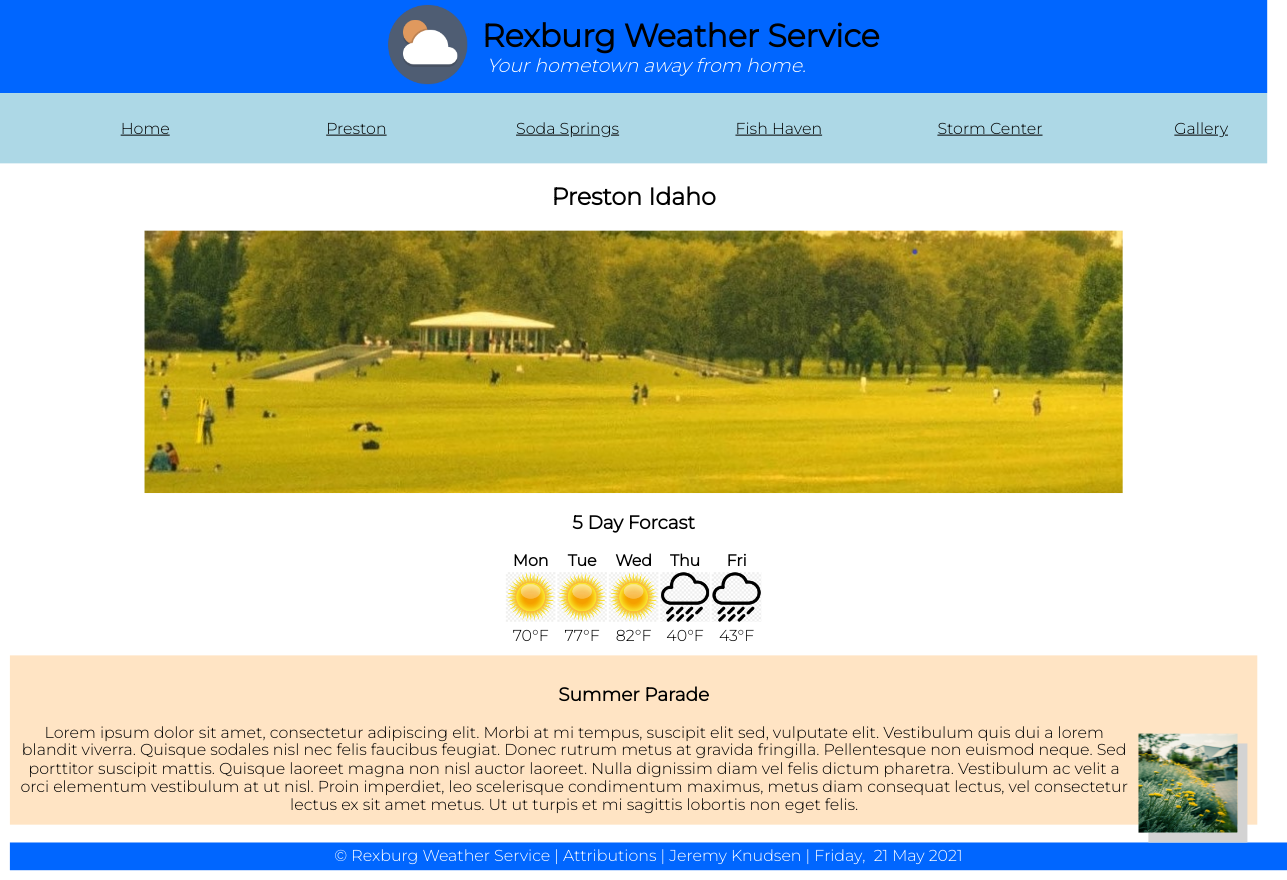
Repository: jknudsen97/jknudsen97.github.io
Page: lesson05/preston-5.html
The author's editor kept a copy of each file at every save. The page is drawn from the files as they stood at one save, then again after the next save.
The browser window is 1280 px wide. The page is 1300 px wide, so the pictures cover 1300 px, including what lies to the right of the window. The pictures show the whole page, at 99% of full size.

Above is the page before, as saved 2021-05-22 03:44:05.

### lesson05/preston-5.html
<!DOCTYPE html>
<html lang="en">
<head>
    <meta charset="UTF-8">
    <meta http-equiv="X-UA-Compatible" content="IE=edge">
    <meta name="viewport" content="width=device-width, initial-scale=1.0">
    <title>Rexburg Weather Service</title>
    <meta name="description" content="This will be the main preston town page"/>
    <link rel="preconnect" href="https://fonts.gstatic.com">
    <link href="https://fonts.googleapis.com/css2?family=Montserrat:wght@100;300&display=swap" rel="stylesheet">
    <link rel="preconnect" href="https://fonts.gstatic.com">
    <link href="https://fonts.googleapis.com/css2?family=Nunito:wght@300&display=swap" rel="stylesheet">
    <script defer src="js/script.js"></script>
    <link rel="stylesheet" href="https://cdnjs.cloudflare.com/ajax/libs/normalize/8.0.1/normalize.min.css">
    <link rel="stylesheet" href="css/main.css"/>
    <link rel="stylesheet" href="css/medium.css"/>
    <link rel="stylesheet" href="css/large.css"/>
</head>
<body>
    <header>
        <picture>
            <img src="images/logo.png" alt="Preston logo">
        </picture>
        <section class="headings">
            <h1>Rexburg Weather Service</h1>
            <div class="motto">Your hometown away from home.</div>
        </section>
    </header>

    <div class="nav">
        <div class="hamburger">
            <span class="bar"></span>
            <span class="bar"></span>
            <span class="bar"></span>
        </div>
        <ul class="menu">
            <li><a href="#home" class="link">Home</a></li>
            <li><a href="#preston" class="link">Preston</a></li>
            <li><a href="#sodaSprings" class="link">Soda Springs</a></li>
            <li><a href="#fishHaven" class="link">Fish Haven</a></li>
            <li><a href="#stormCenter" class="link">Storm Center</a></li>
            <li><a href="#gallery" class="link">Gallery</a></li>
        </ul>
    </div>
    <main>
        <div>
            <h2>Preston Idaho</h2>
                    <img class="stock1" src="images/stock1.jpg" alt="Stock Photo 1">
                    <div class="weather">
                        <h3>5 Day Forcast</h3>
                        <table class="table">
                            <tr class="days">
                                <th>Mon</th>
                                <th>Tue</th>
                                <th>Wed</th>
                                <th>Thu</th>
                                <th>Fri</th>
                            </tr>
                            <tr>
                                <td><img class="sunny" src="images/sunny.png" alt="Sunny Thumbnail"><span>70&#176;F</span></td>
                                <td><img class="sunny" src="images/sunny.png" alt="Sunny Thumbnail"><span>77&#176;F</span></td>
                                <td><img class="sunny" src="images/sunny.png" alt="Sunny Thumbnail"><span>82&#176;F</span></td>
                                <td><img class="rainy" src="images/rainy.png" alt="Sunny Thumbnail"><span>40&#176;F</span></td>
                                <td><img class="rainy" src="images/rainy.png" alt="Sunny Thumbnail"><span>43&#176;F</span></td>
                            </tr>
                        </table>
                    </div>
                    <div class="background">
                    <h3>Summer Parade</h3>
                    <img class="stock2" src="images/stock2.jpg" alt="Stock Photo 2">
                <div class="fillerText">
                    Lorem ipsum dolor sit amet, consectetur adipiscing elit.
                    Morbi at mi tempus,
                    suscipit elit sed,
                    vulputate elit. Vestibulum quis dui a lorem blandit viverra.
                    Quisque sodales nisl nec felis faucibus feugiat.
                    Donec rutrum metus at gravida fringilla.
                    Pellentesque non euismod neque.
                    Sed porttitor suscipit mattis.
                    Quisque laoreet magna non nisl auctor laoreet.
                    Nulla dignissim diam vel felis dictum pharetra.
                    Vestibulum ac velit a orci elementum vestibulum at ut nisl.
                    Proin imperdiet, leo scelerisque condimentum maximus,
                    metus diam consequat lectus,
                    vel consectetur lectus ex sit amet metus.
                    Ut ut turpis et mi sagittis lobortis non eget felis.
                </div>
            </div>
        </div>
    </main>
    <footer>
        <div>&copy; Rexburg Weather Service | Attributions | Jeremy Knudsen |&nbsp;</div>
        <div class="current">
            <span id="currentDayofWeek"></span>, &nbsp;
            <span id="currentDay"></span> &nbsp; <span id="currentMonth"></span> &nbsp;
            <span id="currentYear"></span>
        </div>
    </footer>
</body>
</html>

### lesson05/css/main.css
header {
    background-color: #0066ff;
    padding: 5px;
    display: flex;
    align-items: center;
    justify-content: center;
}

header img{
    width: 50px;
    height: auto;
}

body{
    font-family: 'Montserrat', sans-serif;
}

main{
    text-align: center;
}

p{
    justify-content: center;
    background-color: beige;
    padding: 25px;
    margin: 20px;
}

.headings {
    display: flex;
    flex-direction: column;
}

.headings h1{
    font-size: 1em;
    margin: 0 0 0 15px;
}

.motto{
    font-style: italic;
    color: white;
    margin-left: 20px;
    font-size: 1.2rem;
}

.nav{
    overflow: hidden;
    background-color: lightblue;
    position: relative;
}

.menu{
    overflow: hidden;
    display: none;
}

.menu li{
    list-style: none;
    text-decoration: none;
    flex: 1;
    text-align: center;
    justify-content: center;
    box-sizing: border-box;
    line-height: 1.5rem;
}

.menu a{
    color: black;
    justify-content: space-between;
    text-align: center;
    list-style-type: none;
    flex-direction: row;
    align-items: center;
    display: block;
}

.menu.active{
    display: block;
    padding-inline-start: 0px;
}

a.link{
    padding: 7.5px;
}

.nav a.icon{
    background: black;
    display: block;
    position: absolute;
    right: 0;
    top: 0;
}

.hamburger{
    display: none;
}

.bar{
    display: block;
    width: 25px;
    height: 3px;
    margin: 5px auto;
    -webkit-transition: all 0.3s ease-in-out;
    transition: all 0.3s ease-in-out;
    background-color: black;
}

footer {
    margin: 10 px;
    color: white;
    background-color: #0066ff;
    padding: 5px;
    display: flex;
    align-items: center;
    justify-content: center;
    flex-direction: column;
}

.hamburger{
    display: block;
    cursor: pointer;
}

.hamburger.active .bar:nth-child(2) {
    opacity: 0;
}

.hamburger.active .bar:nth-child(1) {
    transform: translateY(8px) rotate(45deg);
}

.hamburger.active .bar:nth-child(3) {
    transform: translateY(-8px) rotate(-45deg);
}

.headings h1{
    font-size: 3rem;
}

.header img{
    width: 120px;
    height: auto;
}

/*Lesson05*/

.stock1{
    display: block;
    align-items: center;
    margin-left: auto;
    margin-right: auto;
    max-width: 95%;
    height: auto;
}

.stock2{
    box-shadow: 10px 10px lightgray;
    margin: 10px;
    float: right;
    width: 100px;
    height: 100px;
}

.fillertext{
    padding: 15px;
    margin: 10px;
    text-align: justify;
}

.background{
    justify-content: center;
    display: block;
    background-color: bisque;
    padding: 10px;
    margin: 10px;
}

.weather{
    display: none;
}

### lesson05/css/medium.css
@media only screen and (min-width: 32.5em){
    .menu{
        display: flex;
    }

    header img{
        width: 80px;
        height: auto;
    }

    .headings h1{
        font-size: 2rem;
    }

    .hamburger{
        display: none;
    }

    footer{
        margin: 10px;
        flex-direction: row;
        width: 100%;
    }

    /*Lesson05*/

    .stock1{
        height: 10%;
    }

    .weather{
        display: contents;
    }

    .table{
        border-collapse: collapse;
        margin-left: auto;
        margin-right: auto;
    }

    th, td{
        border: 1px black;
    }

    .sunny{
        width: 50px;
        height: 50px;
    }

    .rainy{
        width: 50px;
        height: 50px;
    }

    span{
        display: block;
    }

    .current{
        display: flex;
        flex-direction: row;
    }

}

### lesson05/css/large.css
@media only screen and (min-width: 60em){
    .menu{
        display: flex;
        top: 5rem;
        border-radius: 10px;
        justify-content: space-between;
        width: 100%;
        transition: 0.3s;
    }
}

### lesson05/js/script.js
const hamburger = document.querySelector(".hamburger");
const menu = document.querySelector(".menu");
hamburger.addEventListener("click", mobileMenu);

function mobileMenu() {
    hamburger.classList.toggle("active");
    menu.classList.toggle("active");
}

const link = document.querySelectorAll(".link");
link.forEach(n => n.addEventListener("click", closeMenu));

function closeMenu(){
    hamburger.classList.remove("active");
    menu.classList.remove("active");
}

var d = new Date();
var weekday = new Array(7);
weekday[0] = "Sunday";
weekday[1] = "Monday";
weekday[2] = "Tuesday";
weekday[3] = "Wednesday";
weekday[4] = "Thursday";
weekday[5] = "Friday";
weekday[6] = "Saturday";

var n = weekday[d.getDay()];
document.querySelector("#currentDayofWeek").innerHTML = n;

var n = d.getDate();
document.querySelector("#currentDay").innerHTML = n;

var month = new Array();
month[0] = "January";
month[1] = "February";
month[2] = "March";
month[3] = "April";
month[4] = "May";
month[5] = "June";
month[6] = "July";
month[7] = "August";
month[8] = "September";
month[9] = "October";
month[10] = "November";
month[11] = "December";

var n = month[d.getMonth()];
document.querySelector("#currentMonth").innerHTML = n;

var n = d.getFullYear();
document.querySelector("#currentYear").innerHTML = n;

After the next save:
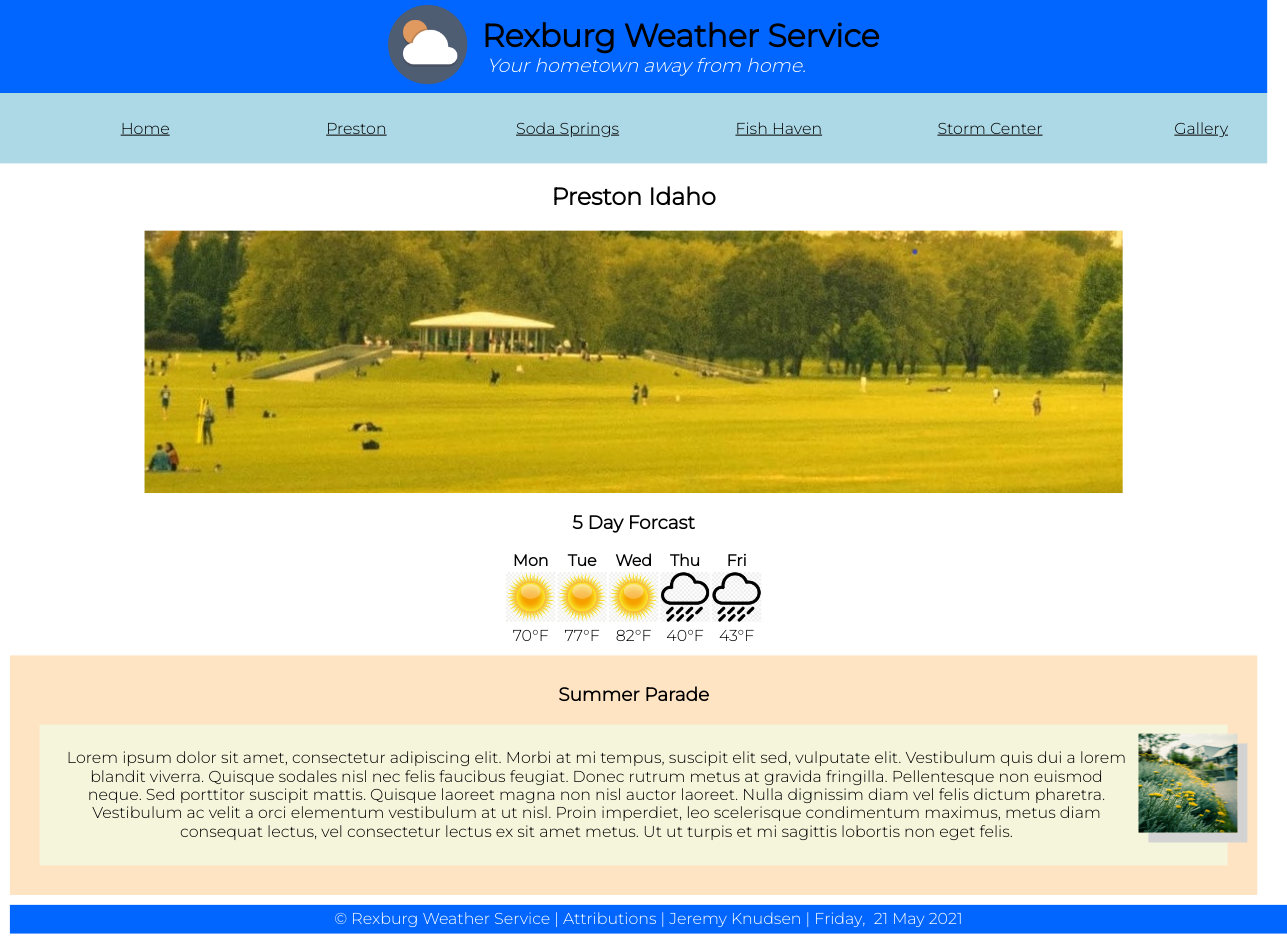
Saved 12 h 25 min later.
--- a/lesson05/preston-5.html
+++ b/lesson05/preston-5.html
@@ -69,6 +69,7 @@
                     <h3>Summer Parade</h3>
                     <img class="stock2" src="images/stock2.jpg" alt="Stock Photo 2">
                 <div class="fillerText">
+                    <p>
                     Lorem ipsum dolor sit amet, consectetur adipiscing elit.
                     Morbi at mi tempus,
                     suscipit elit sed,
@@ -84,8 +85,12 @@
                     metus diam consequat lectus,
                     vel consectetur lectus ex sit amet metus.
                     Ut ut turpis et mi sagittis lobortis non eget felis.
+                    </p>
                 </div>
             </div>
+        </div>
+        <div class="contact">
+
         </div>
     </main>
     <footer>
